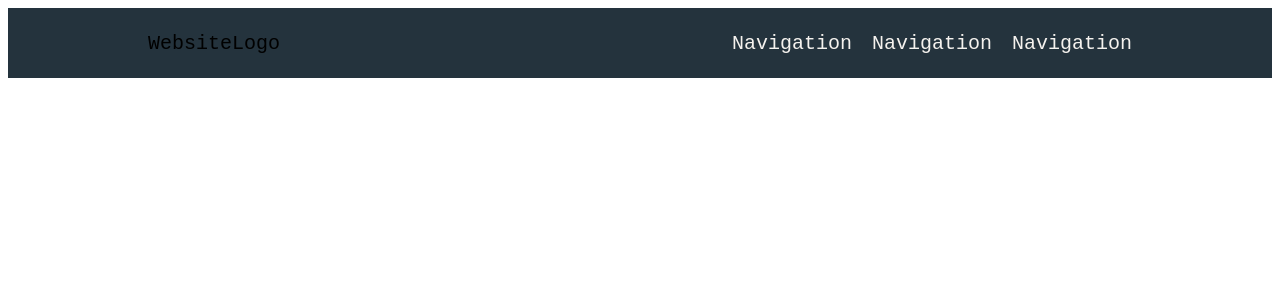
Repository: piotrokrutniak/Projekt-Studia
Page: index.html
These files come from the project's save history. The page is drawn as it stood at one moment and after the next save; the edit follows.
The browser window is 1280 px wide. The pictures show the whole page.

Above is the page before, as saved 2023-03-04 03:24:26.

### index.html
<!DOCTYPE html>
<head>
    <meta charset="UTF-8" />
    <meta http-equiv="X-UA-Compatible" content="IE=edge" />
    <meta name="viewport" content="width=device-width, initial-scale=1.0" />
    <link rel="stylesheet" type="text/css" href="styles.css" />
    <title>Website Title</title>
</head>
<body>
    <div class="navbar-container">
        <div class="navbar">
            <div class="logo">
                <div class="logo-contents">
                    WebsiteLogo
                </div>
            </div>
            <div class="navigation">
                <a href="/index" class="navigation-link">
                    <div class="navigation-button">
                        Navigation
                    </div>
                </a>
                <a href="/index" class="navigation-link">
                    <div class="navigation-button">
                        Navigation
                    </div>
                </a>
                <a href="/index" class="navigation-link">
                    <div class="navigation-button">
                        Navigation
                    </div>
                </a>
            </div>
        </div>
    </div>
</body>

### styles.css
body{
    font-family: monospace;
}

.navbar-container{
    width: 100%;
    height: 70px;
    background: rgb(36, 51, 61);
    position: sticky;
    top: 0;

}

.navbar{
    position: relative;
    max-width: 1024px;
    min-width: 328px;
    height: 50px;
    top: 0px;
    margin: auto;
    display: flex;
    flex-direction:row;
    justify-content: space-between;
    top: 50%;
    -ms-transform: translateY(-50%);
    transform: translateY(-50%);
    font-size: 20px;
}

a{
    text-decoration: none;
    color:rgba(245, 242, 238);
}

.navigation{
    display: grid;
    grid-template-columns: 110px 110px 110px;
    grid-gap: 30px;
    padding-right: 30px;
}

.navigation-link{
    position: relative;

}

.navigation-link:hover{

    border-bottom: 2px solid;
    border-color: aqua;

}

.navigation-button{
    text-align: center;
    position: relative;
    top: 50%;
    -ms-transform: translateY(-50%);
    transform: translateY(-50%);
}

.logo{
    position: relative;
    height: 49px;
    padding-left: 20px;
    padding-right: 20px;
}

.logo-contents{
    text-align: center;
    position: relative;
    top: 50%;
    -ms-transform: translateY(-50%);
    transform: translateY(-50%);
}

After the next save:
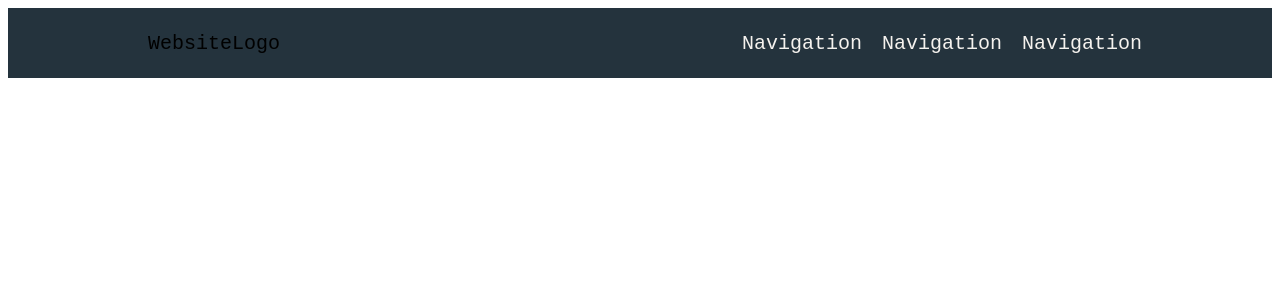
Saved 11 s later.
--- a/styles.css
+++ b/styles.css
@@ -36,7 +36,7 @@ a{
     display: grid;
     grid-template-columns: 110px 110px 110px;
     grid-gap: 30px;
-    padding-right: 30px;
+    padding-right: 20px;
 }
 
 .navigation-link{
